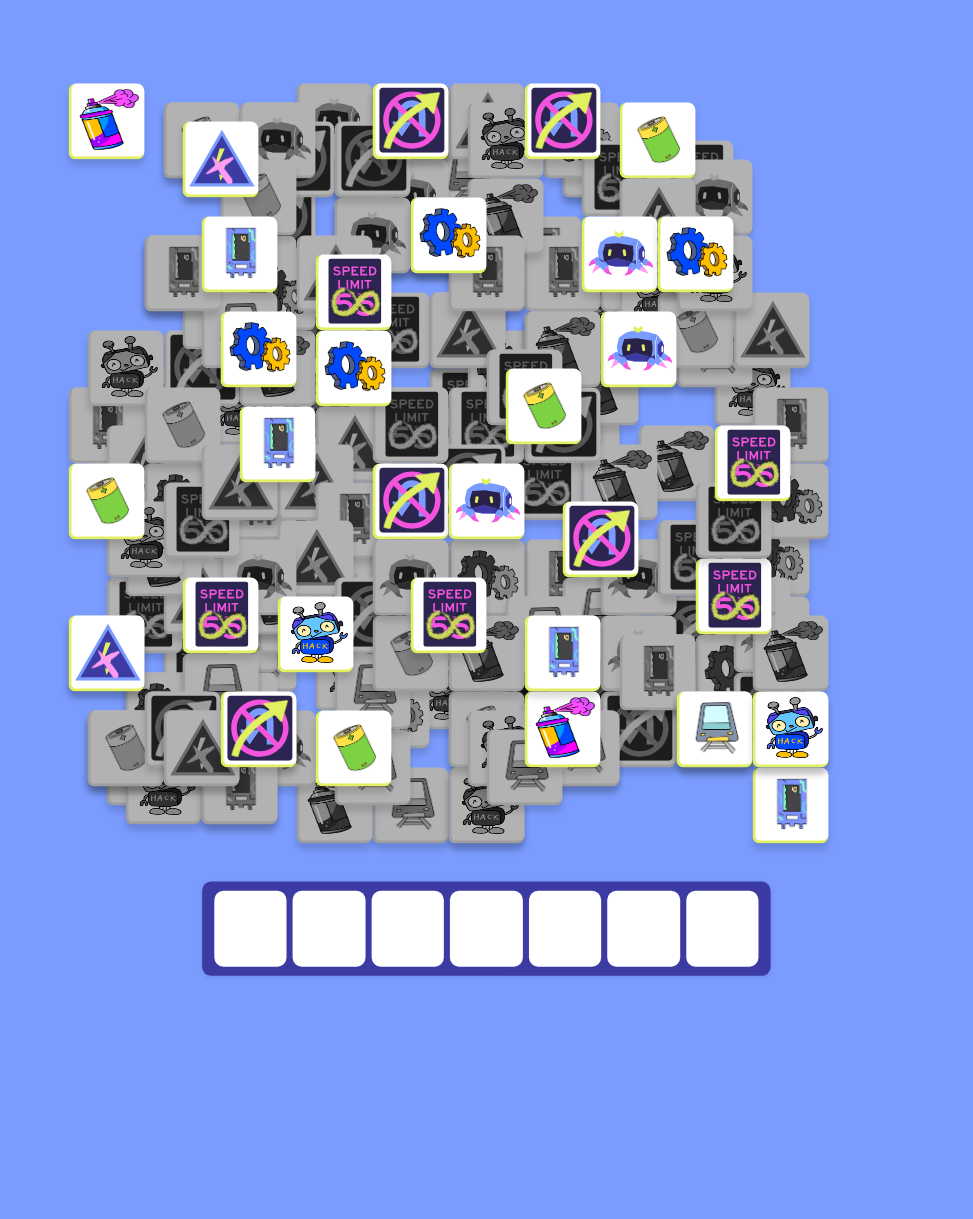
Repository: Avril-Cui/hack-puzzle
Page: / (app in client/)
These files come from the project's save history. The page is drawn as it stood at one moment and after the next save; the edit follows.
The browser window is 1280 px wide. The pictures show the whole page, at 76% of full size.
The project was rebuilt for these pictures with package versions that can differ from the ones it lists, and the page was loaded fresh each time. The framework's server and built-in components were replaced by stand-ins that run in the browser. Also part of the build but not shown: client/next.config.ts.

Above is the page before, as saved 2025-06-11 20:27:00.

### client/app/page.tsx
import Game from "../components/Game";

export default function Home() {
  return (
    <div>
      <Game />
    </div>
  );
}

### client/app/globals.css
@import "tailwindcss";

:root {
  --background: #7A9CFF;
}

@theme inline {
  --color-background: var(--background);
  --color-foreground: var(--foreground);
  --font-sans: var(--font-geist-sans);
  --font-mono: var(--font-geist-mono);
}

@media (prefers-color-scheme: dark) {
  :root {
    --background: #7A9CFF;
  }
}

body {
  background: var(--background);
  color: var(--foreground);
  font-family: Arial, Helvetica, sans-serif;
}

### client/components/Game.tsx
"use client";
import React, { useEffect, useState } from "react";
import styles from "./Game.module.css";

interface Tile {
  id: string;
  x: number;
  y: number;
  status: number;      // 0 = unpicked, 1 = in queue
  iconName: string;
}

const CELL_SIZE = 100;
const ICONS = ["🍀","🌈","⚙️","🐏","🐯","🐤","📚","🧠","💻","🐼"];

const PuzzleGame: React.FC = () => {
  const [tiles, setTiles] = useState<Tile[]>([]);
  const [queue, setQueue] = useState<Tile[]>([]);

  useEffect(() => {
    fetch("/scene.json")
      .then(res => res.json())
      .then((data: Tile[]) => setTiles(data));
  }, []);

  const handleClick = (tile: Tile) => {
    if (queue.length >= 7) return;
    setQueue(q => [...q, tile]);
    setTiles(t =>
      t.map(x => x.id === tile.id ? { ...x, status: 1 } : x)
    );
  };

  // returns true if tile at `idx` is overlapped by any later (higher) tile still in play
  const isCovered = (idx: number) => {
    const cur = tiles[idx];
    if (cur.status !== 0) return false;
    for (let j = idx + 1; j < tiles.length; j++) {
      const other = tiles[j];
      if (other.status !== 0) continue;
      // bounding‐box overlap?
      if (
        !(cur.x + CELL_SIZE <= other.x ||
          other.x + CELL_SIZE <= cur.x ||
          cur.y + CELL_SIZE <= other.y ||
          other.y + CELL_SIZE <= cur.y)
      ) {
        return true;
      }
    }
    return false;
  };

  const getIconPath = (iconName: string) => {
    const extMap: Record<string, string> = {
      icons0: "svg", icons1: "png", icons2: "png", icons3: "png",
      icons4: "svg", icons5: "jpg", icons6: "jpg", icons7: "jpg",
      icons8: "svg", icons9: "svg",
    };
    return `/icons/${iconName}.${extMap[iconName] || "png"}`;
  };

  return (
    <div className={styles.gameContainer}>
      <div className={styles.tileBoard}>
        {tiles.map((tile, idx) => {
          // inactive if picked OR if covered by any tile with a higher array-index
          const inactive = tile.status !== 0 || isCovered(idx);

          return (
            <div
              key={tile.id}
              className={`${styles.tile} ${inactive ? styles.inactive : ""}`}
              style={{
                left: tile.x,
                top: tile.y,
                zIndex: idx  // ensures later array items actually draw on top
              }}
              onClick={() => {
                if (!inactive && queue.length < 7) handleClick(tile);
              }}
            >
              <img
                src={getIconPath(tile.iconName)}
                alt={tile.iconName}
                className={styles.tileInner}
              />
            </div>
          );
        })}
      </div>

      <div className={styles.queueBar}>
        {queue.map(t => (
          <div key={t.id} className={styles.queueTile}>
            <img
              src={getIconPath(t.iconName)}
              alt={t.iconName}
              className={styles.tileInner}
              style={{ filter: "none", opacity: 1 }}
            />
          </div>
        ))}
        {Array.from({ length: 7 - queue.length }).map((_, i) => (
          <div key={i} className={styles.queueTile} />
        ))}
      </div>
    </div>
  );
};

export default PuzzleGame;

### client/components/Game.module.css
.gameContainer {
  display: flex;
  flex-direction: column;
  align-items: center;
  margin-top: 10em;
  margin-bottom: 20em;
}

.tileBoard {
  position: relative;
  width: 1000px;
  height: 900px;
  background-color: transparent; /* remove green board background */
}

.tile {
  position: absolute;
  width: 100px;
  height: 100px;
  background: white;
  border-radius: 10px;
  font-size: 40px;
  border-left: 4px solid #e1f060;
  border-bottom: 4px solid #e1f060;
  display: flex;
  align-items: center;
  justify-content: center;
  transition: transform 0.2s ease, opacity 0.3s ease;
  box-shadow: 0 8px 10px rgba(0, 0, 0, 0.15);
  cursor: pointer;
}

.tileInner {
  width: 100%;
  height: 100%;
  display: flex;
  justify-content: center;
  align-items: center;
  overflow: hidden;
  padding: 5%; /* optional, for consistent inner margin */
}

.tileInner img {
  max-width: 100%;
  max-height: 100%;
  object-fit: contain;
  pointer-events: none;
}

.covered {
  background: #ccc;
  opacity: 0.4;
  pointer-events: none;
}

.queueBar {
  margin-top: 100px;
  display: flex;
  justify-content: center;
  gap: 12px;
  padding: 12px;
  background: #3c3aa3;
  border-radius: 10px;
  box-shadow: 0 2px 6px rgba(0, 0, 0, 0.1);
}

.queueBar {
  display: flex;
  justify-content: flex-start;
  gap: 8px;
  padding: 12px 16px;
  background-color: #3c3aa3;
  border-radius: 12px;
  width: calc((100px * 7) + (8px * 6)); /* = 748px */
  min-height: 100px; /* same as tile height */
}

.queueTile {
  width: 100px;
  height: 100px;
  background-color: white;
  border-radius: 12px;
  box-shadow: 4px 4px 0 #3c3aa3;
  display: flex;
  align-items: center;
  justify-content: center;
}

.queueTile img {
  width: 100%;
  height: 100%;
  object-fit: contain;
  padding: 8px;
}

.inactive {
  filter: grayscale(100%) brightness(70%);
  pointer-events: none;
}

Loaded but not shown: client/app/layout.tsx (common file); client/public/scene.json (2162 lines, source omitted)

After the next save:
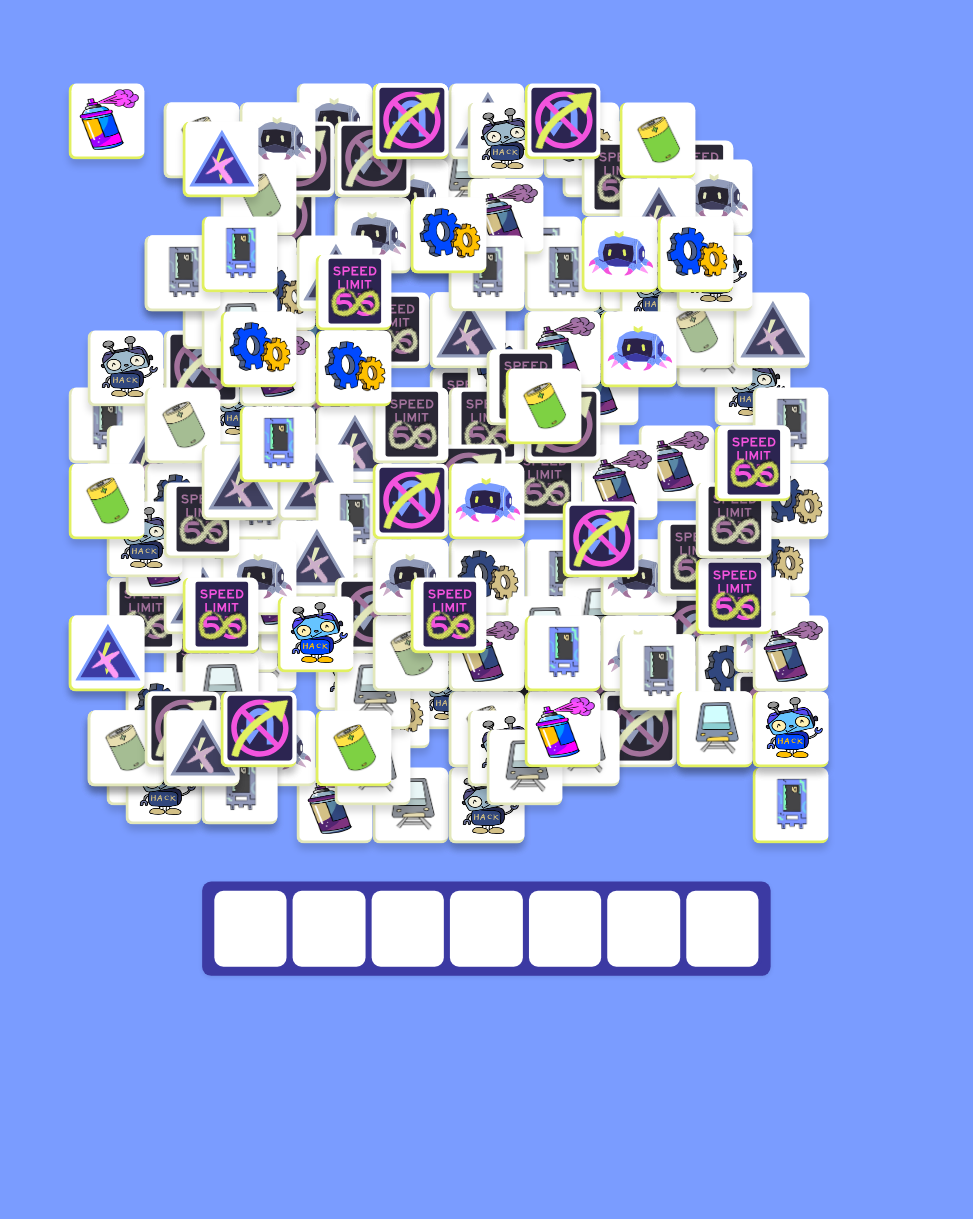
Saved 8 min 31 s later.
--- a/client/components/Game.module.css
+++ b/client/components/Game.module.css
@@ -94,6 +94,6 @@
 }
 
 .inactive {
-  filter: grayscale(100%) brightness(70%);
+  filter: saturate(30%);
   pointer-events: none;
 }
